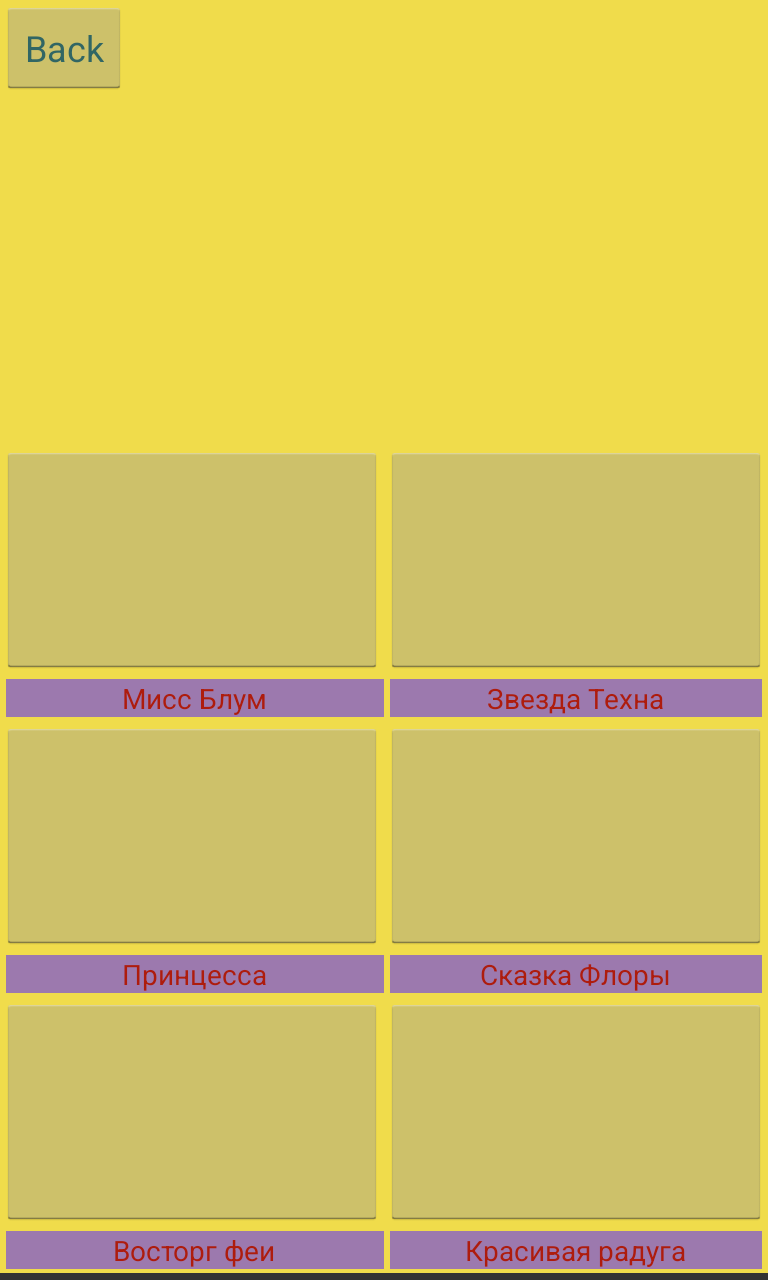
Repository: Skyremix/Winx
Layout: Winx/Winx/res/layout/stages.xml
These files come from the project's save history. The layout is drawn as it stood at one moment and after the next save; the edit follows.
It is drawn on a 768 x 1280 px phone screen (xhdpi) without system bars, with theme AppTheme; the app's code is not run.

Above is the layout before, as saved 2015-05-14 23:45:31.

### Winx/Winx/res/layout/stages.xml
<?xml version="1.0" encoding="utf-8"?>
<LinearLayout xmlns:android="http://schemas.android.com/apk/res/android"
    android:layout_width="match_parent"
    android:layout_height="match_parent"
    android:orientation="vertical"
    android:background="#F0DC4B">

    <LinearLayout
        android:layout_width="match_parent"
        android:layout_height="wrap_content"
        android:layout_weight="1" >

        <LinearLayout
            android:layout_width="match_parent"
            android:layout_height="match_parent"
            android:layout_weight="1" >

            <Button
                android:id="@+id/btnback"
                android:layout_width="wrap_content"
                android:layout_height="wrap_content"
                android:layout_gravity="center_horizontal"
                android:text="Back"
                android:textColor="#316664"/>

        </LinearLayout>

        <LinearLayout
            android:layout_width="match_parent"
            android:layout_height="match_parent"
            android:layout_weight="1">


        </LinearLayout>

    </LinearLayout>

    <LinearLayout
        android:layout_width="match_parent"
        android:layout_height="115dp">

        <LinearLayout
            android:layout_width="match_parent"
            android:layout_height="match_parent"
            android:layout_weight="1" >

            <Button
                android:id="@+id/imageView1"
                android:layout_width="match_parent"
                android:layout_height="match_parent"
                android:layout_gravity="center_horizontal"
                android:src="@drawable/buttons"/>

        </LinearLayout>

        <LinearLayout
            android:layout_width="match_parent"
            android:layout_height="match_parent"
            android:layout_weight="1">

            <Button
                android:id="@+id/imageView2"
                android:layout_width="match_parent"
                android:layout_height="match_parent"
                android:src="@drawable/buttons" />

        </LinearLayout>

    </LinearLayout>

  <LinearLayout
	        android:layout_width="match_parent"
	        android:layout_height="wrap_content"
	        android:background="#F0DC4B" >

	                 <LinearLayout
            android:layout_width="match_parent"
            android:layout_height="match_parent"
            android:layout_weight="1.00"
            android:background="#9C79AE"
            android:gravity="center_horizontal"
            android:layout_marginTop="2dp"
            android:layout_marginLeft="3dp"
            android:layout_marginBottom="2dp">

            <TextView
                android:id="@+id/textView116"
                android:layout_width="wrap_content"
                android:layout_height="wrap_content"
                android:text="Мисс Блум"
                android:textColor="#AE1C0D"/>

        </LinearLayout>

         <LinearLayout
            android:layout_width="match_parent"
            android:layout_height="match_parent"
            android:layout_weight="1.00"
            android:background="#9C79AE"
            android:gravity="center_horizontal"
            android:layout_marginTop="2dp"
            android:layout_marginLeft="3dp"
            android:layout_marginBottom="2dp"
            android:layout_marginRight="3dp">

            <TextView
                android:id="@+id/textView1565"
                android:layout_width="wrap_content"
                android:layout_height="wrap_content"
                android:text="Звезда Техна"
                android:textColor="#AE1C0D"/>

        </LinearLayout>

    </LinearLayout>

    <LinearLayout
        android:layout_width="match_parent"
        android:layout_height="115dp" >

        <LinearLayout
            android:layout_width="match_parent"
            android:layout_height="match_parent"
            android:layout_weight="1" >

            <Button
                android:id="@+id/imageView3"
                android:layout_width="match_parent"
                android:layout_height="match_parent"
                android:src="@drawable/buttons" />

        </LinearLayout>

        <LinearLayout
            android:layout_width="match_parent"
            android:layout_height="match_parent"
            android:layout_weight="1" >

            <Button
                android:id="@+id/imageView4"
                android:layout_width="match_parent"
                android:layout_height="match_parent"
                android:src="@drawable/buttons" />


        </LinearLayout>

    </LinearLayout>

	   <LinearLayout
	        android:layout_width="match_parent"
	        android:layout_height="wrap_content"
	        android:background="#F0DC4B" >

	                 <LinearLayout
            android:layout_width="match_parent"
            android:layout_height="match_parent"
            android:layout_weight="1.00"
            android:background="#9C79AE"
            android:gravity="center_horizontal"
            android:layout_marginTop="2dp"
            android:layout_marginLeft="3dp"
            android:layout_marginBottom="2dp">

            <TextView
                android:id="@+id/textView11776"
                android:layout_width="wrap_content"
                android:layout_height="wrap_content"
                android:text="Принцесса"
                android:textColor="#AE1C0D"/>

        </LinearLayout>

         <LinearLayout
            android:layout_width="match_parent"
            android:layout_height="match_parent"
            android:layout_weight="1.00"
            android:background="#9C79AE"
            android:gravity="center_horizontal"
            android:layout_marginTop="2dp"
            android:layout_marginLeft="3dp"
            android:layout_marginBottom="2dp"
            android:layout_marginRight="3dp">

            <TextView
                android:id="@+id/textView115565"
                android:layout_width="wrap_content"
                android:layout_height="wrap_content"
                android:text="Сказка Флоры"
                android:textColor="#AE1C0D"/>

        </LinearLayout>
    </LinearLayout>

    <LinearLayout
        android:layout_width="match_parent"
        android:layout_height="115dp" >

        <LinearLayout
            android:layout_width="match_parent"
            android:layout_height="match_parent"
            android:layout_weight="1">

            <Button
                android:id="@+id/imageView5"
                android:layout_width="match_parent"
                android:layout_height="match_parent"
                android:src="@drawable/buttons" />

        </LinearLayout>

        <LinearLayout
            android:layout_width="match_parent"
            android:layout_height="match_parent"
            android:layout_weight="1" >

            <Button
                android:id="@+id/imageView6"
                android:layout_width="match_parent"
                android:layout_height="match_parent"
                android:src="@drawable/buttons" />

        </LinearLayout>

    </LinearLayout>

	    <LinearLayout
	        android:layout_width="match_parent"
	        android:layout_height="wrap_content"
	        android:background="#F0DC4B" >

	                 <LinearLayout
            android:layout_width="match_parent"
            android:layout_height="match_parent"
            android:layout_weight="1.00"
            android:background="#9C79AE"
            android:gravity="center_horizontal"
            android:layout_marginTop="2dp"
            android:layout_marginLeft="3dp"
            android:layout_marginBottom="2dp">

            <TextView
                android:id="@+id/textView119966"
                android:layout_width="wrap_content"
                android:layout_height="wrap_content"
                android:text="Восторг феи"
                android:textColor="#AE1C0D"/>

        </LinearLayout>

         <LinearLayout
            android:layout_width="match_parent"
            android:layout_height="match_parent"
            android:layout_weight="1.00"
            android:background="#9C79AE"
            android:gravity="center_horizontal"
            android:layout_marginTop="2dp"
            android:layout_marginLeft="3dp"
            android:layout_marginBottom="2dp"
            android:layout_marginRight="3dp">

            <TextView
                android:id="@+id/textView1584865"
                android:layout_width="wrap_content"
                android:layout_height="wrap_content"
                android:text="Красивая радуга"
                android:textColor="#AE1C0D"/>

        </LinearLayout>
    </LinearLayout>
        <LinearLayout
        android:layout_width="match_parent"
        android:layout_height="wrap_content"
        android:layout_weight="0.02"
        android:background="#333333" >
    </LinearLayout>
</LinearLayout>

Loaded but not shown: Winx/Winx/res/values/styles.xml (common file); Winx/Winx/res/values-v11/styles.xml (common file); Winx/Winx/res/values-v14/styles.xml (common file)

After the next save:
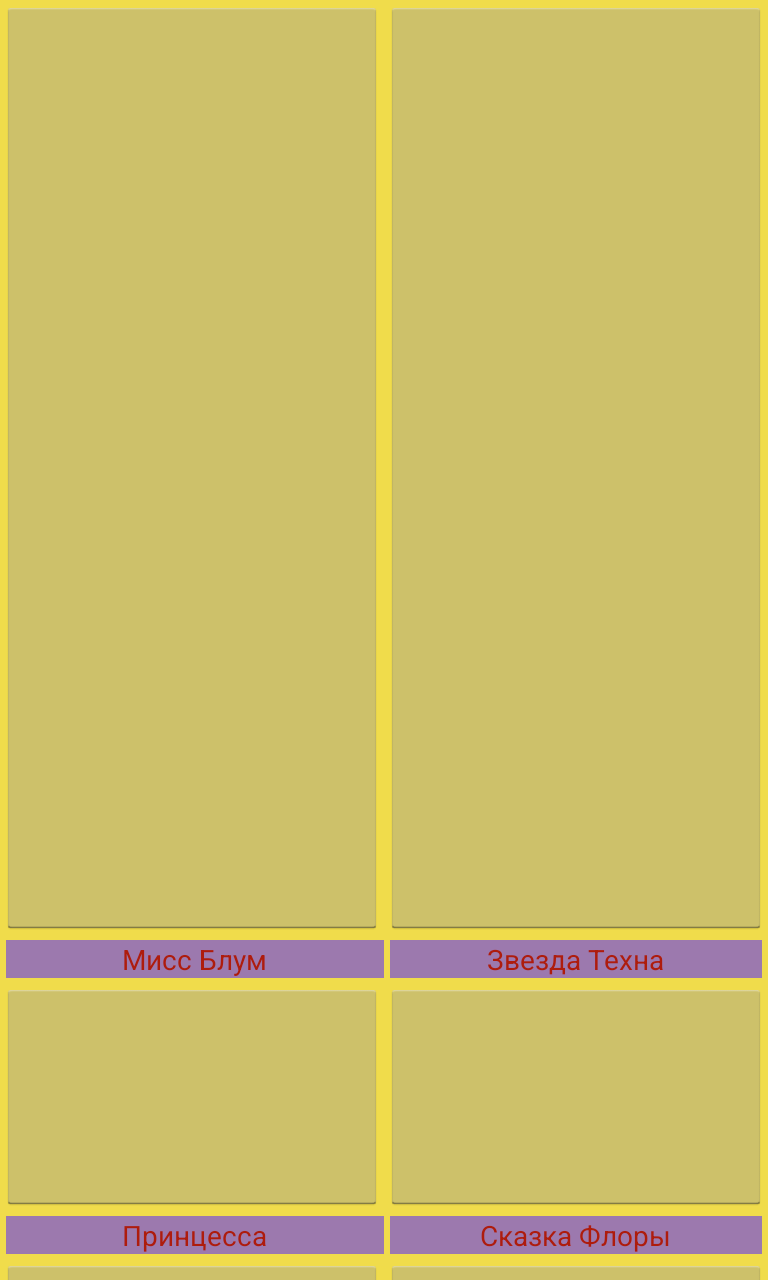
Saved 18 s later.
--- a/Winx/Winx/res/layout/stages.xml
+++ b/Winx/Winx/res/layout/stages.xml
@@ -37,7 +37,8 @@
 
     <LinearLayout
         android:layout_width="match_parent"
-        android:layout_height="115dp">
+        android:layout_height="match_parent"
+        android:layout_weight="1">
 
         <LinearLayout
             android:layout_width="match_parent"
